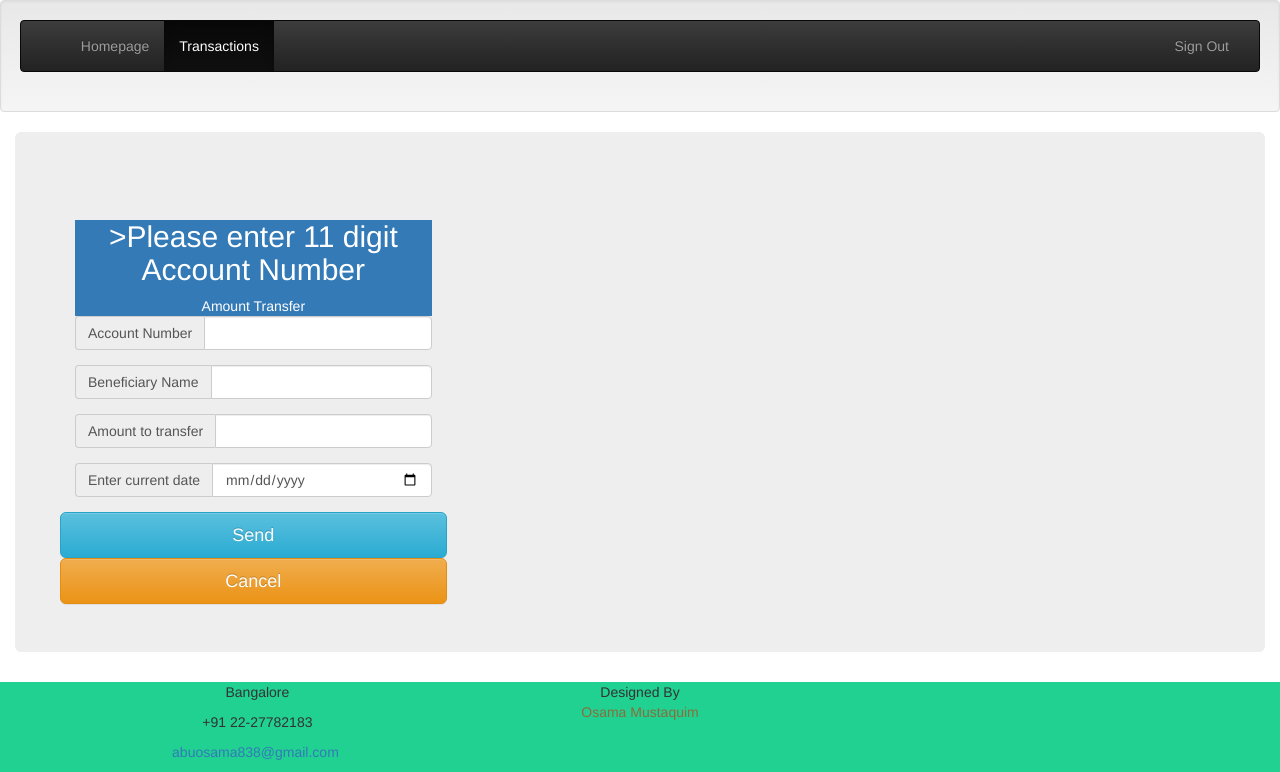
Repository: osamamustaquim/Online-Banking-Management-System
Page: http://localhost/BankApp/Wrongaccnum.jsp
An editor plug-in stored every save of this project. The page is shown before and after the next save, followed by the edit.
The browser window is 1280 px wide. The pictures show the whole page.
Some web fonts or font styles are not loaded; a fallback is used. The page is served by Tomcat 9. Other server files are loaded and not shown.

Above is the page before, as saved 2020-04-10 15:57:55.

### Online Banking Application using MVC model - Copy/BankApp/WebContent/Wrongaccnum.jsp
<%@ page language="java" contentType="text/html; charset=ISO-8859-1"
	pageEncoding="ISO-8859-1"%>
<!DOCTYPE html>
<html>
<head>
<meta charset="ISO-8859-1">
<title> Amount transfer</title>

<link href="assests/css/bootstrap.min.css" rel="stylesheet">
<link href="assests/fonts/css/all.css" rel="stylesheet">
<link href="assests/css/bootstrap-theme.min.css" rel="stylesheet">
<script src="assests/js/jquery-2.2.0.min.js" type="text/javascript"></script>
<script src="assests/js/bootstrap.min.js" type="text/javascript"></script>
<style type="text/css">
.body{
background:"red"
}
</style>

</head>
<body>
<div class="well">
	<nav class="navbar navbar-inverse">
		<div class="container-fluid">
			<div class="navbar-header">
				<button type="button" class="navbar-toggle" data-toggle="collapse"
					data-target="#myNavbar">
					<span class="icon-bar"></span> <span class="icon-bar"></span> <span
						class="icon-bar"></span>
				</button>

			</div>
			<div class="collapse navbar-collapse" id="myNavbar">
				<ul class="nav navbar-nav">
					<li><a href="home.jsp"><i class="fa fa-home"
							aria-hidden="true"></i> Homepage</a></li>
					<li class="active"><a href="">Transactions</a></li>


				</ul>
				<ul class="nav navbar-nav navbar-right">

					<li><a href="logout"> <i class="fa fa-sign-out"
							aria-hidden="true"></i> Sign Out
					</a></li>
				</ul>
			</div>
		</div>
	</nav>
	</div>

<div class="content-container">

  <div class="container-fluid">

    <!-- Main component for a primary marketing message or call to action -->
    <div class="jumbotron">

    <div class="content-container">
	<div class="container-fluid history text-center ">
	<p class="text-success"><h2></h2></p>
	</div>
	</div>

	<div class="row justify-content-md-center">
		<div class="col-md-4">
			<div class="card border-primary">
				<div class="card-header bg-primary text-center">
				<h2>>Please enter 11 digit Account Number</h2
					<h2 class="card-title">Amount Transfer</h2>
				</div>
				<div class="card-body justify-content-center">
					<form accept-charset="UTF-8" role="form" action="Transferservlet"
						method="post">
						<fieldset>

							<div class="form-group">
								<div class="input-group">
									<span class="input-group-addon"> Account Number</span> <input
										type="text" placeholder="" name="toacc" class="form-control"
										value="">
								</div>
							</div>
							<div class="form-group">
								<div class="input-group">
									<span class="input-group-addon">Beneficiary Name</span> <input
										type="text" placeholder="" name="accholdername"
										class="form-control" value="">
								</div>
							</div>

							<div class="form-group">
								<div class="input-group">
									<span class="input-group-addon">Amount to transfer</span> <input
										type="text" placeholder="" name="tamount" class="form-control"
										value="">
								</div>
							</div>

							<div class="form-group">
								<div class="input-group">
									<span class="input-group-addon">Enter current date</span> <input
										type="date" placeholder="" name="date" class="form-control"
										id="date">
								</div>
							</div>

							<div class="row">
								<div class="col">
									<input class="btn btn-lg btn-info btn-block" type="submit"
										value="Send">
								</div>
								<div class="col">
									<a href="home.jsp" class="btn btn-lg btn-warning btn-block">Cancel</a>
								</div>
							</div>
						</fieldset>
					</form>
				</div>
			</div>
		</div>
	</div>

	</div>
	</div>
	</div>

<!-- footer -->
     <footer  style="background-color: #21d192">
        <div class="container">
            <div class="row ">

                <div class="col-md-4 text-white text-center text-md-left ">
                    <div class="py-2 my-4">
                        <div>
                            <p class="text-white"> <i class="fa fa-map-marker mx-2 "></i>
                                   Bangalore
                        </div>

                        <div>
                            <p><i class="fa fa-phone  mx-2 "></i> +91 22-27782183</p>
                        </div>
                        <div>
                            <p><i class="fa fa-envelope  mx-2"></i><a href="mailto:support@eduonix.com">abuosama838@gmail.com</a></p>
                        </div>
                    </div>
                </div>

                <div class="col-md-4 text-white my-4 text-center text-md-left ">
                    <span class=" font-weight-bold ">Designed By</span>
					<p class="text-warning my-2" >Osama Mustaquim</p>
                    <div class="py-2">
                        <a href="#"><i class="fab fa-facebook fa-2x text-primary mx-3"></i></a>
                        <a href="#"><i class="fab fa-google-plus fa-2x text-danger mx-3"></i></a>
                        <a href="#"><i class="fab fa-twitter fa-2x text-info mx-3"></i></a>
                        <a href="#"><i class="fab fa-youtube fa-2x text-danger mx-3"></i></a>
                    </div>
                </div>
            </div>
        </div>
     </footer>
     <!-- end of footer -->

</body>
</html>

Loaded but not shown: Online Banking Application using MVC model - Copy/BankApp/WebContent/assests/css/bootstrap.min.css (library); Online Banking Application using MVC model - Copy/BankApp/WebContent/assests/fonts/css/all.css (library); Online Banking Application using MVC model - Copy/BankApp/WebContent/assests/css/bootstrap-theme.min.css (library); Online Banking Application using MVC model - Copy/BankApp/WebContent/assests/js/jquery-2.2.0.min.js (library); Online Banking Application using MVC model - Copy/BankApp/WebContent/assests/js/bootstrap.min.js (library)

After the next save:
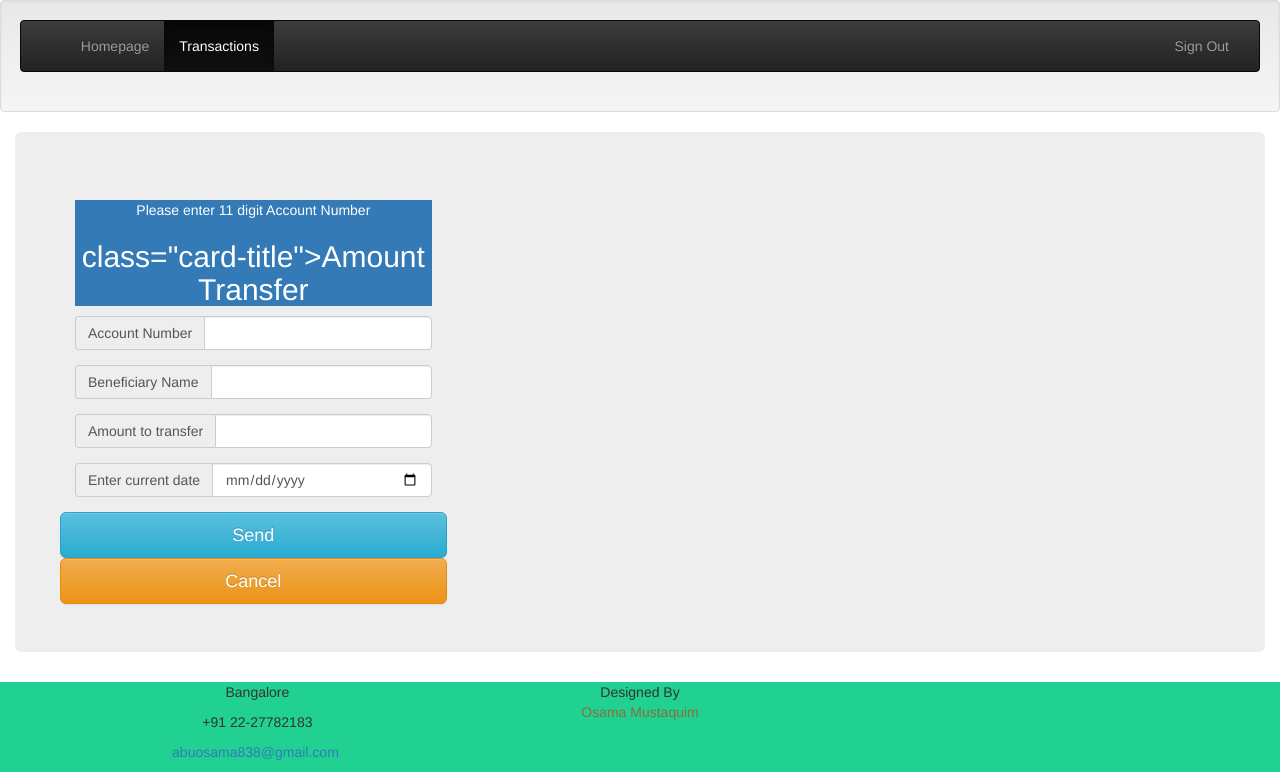
Saved 30 s later.
--- a/Online Banking Application using MVC model - Copy/BankApp/WebContent/Wrongaccnum.jsp
+++ b/Online Banking Application using MVC model - Copy/BankApp/WebContent/Wrongaccnum.jsp
@@ -66,8 +66,8 @@ background:"red"
 		<div class="col-md-4">
 			<div class="card border-primary">
 				<div class="card-header bg-primary text-center">
-				<h2>>Please enter 11 digit Account Number</h2
-					<h2 class="card-title">Amount Transfer</h2>
+				Please enter 11 digit Account Number
+					<h2> class="card-title">Amount Transfer</h2>
 				</div>
 				<div class="card-body justify-content-center">
 					<form accept-charset="UTF-8" role="form" action="Transferservlet"
